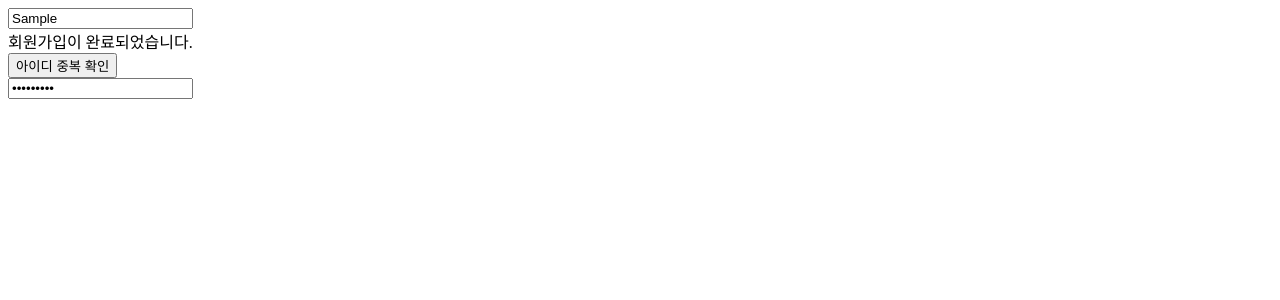
Repository: kimeuiyeob/KOPO_JSP_Study_2
Page: http://localhost/JspStudy/Ajax.jsp
These files come from the project's save history. The page is drawn as it stood at one moment and after the next save; the edit follows.
The browser window is 1280 px wide. The pictures show the whole page.
Empty fields were first filled with sample values (such as "Sample", 5 or name@example.com).
After loading, the first visible `#goAjax` was clicked once.
The page is served by Tomcat 9. Other server files are loaded and not shown. Queries for data that is not in the repository find no rows.

Above is the page before, as saved 2023-06-21 00:04:33.

### JspStudy/src/main/webapp/Ajax.jsp
<%@ page language="java" contentType="text/html; charset=UTF-8" pageEncoding="UTF-8"%>
<!DOCTYPE html>
<html>
<head>
<meta charset="UTF-8">
<title>Insert title here</title>
</head>

<script src="https://ajax.googleapis.com/ajax/libs/jquery/3.5.1/jquery.min.js"></script>

<script>
	$(function() {
		$("#goAjax").click(function() {

			var id = $("#id").val();
			var pw = $("#pw").val();

			let datas = {
				"id" : id,
				"pw" : pw
			};

			$.ajax({
				url : "getAjax.jsp",
				type : "post",
				data : datas,
				success : function(result) {
					console.log("AJAX 성공");
					$('#msg').html(result);
				},
				error : function(request, status, error) {
					console.log("AJAX 실패");
					console.log("코드 : " + request.status);
					console.log("메시지 : " + request.responseText);
					console.log("에러 : " + error);
				}
			});

		});
	});
</script>

<body>

	<form>
		<input type="text" name="id" id="id" placeholder="아이디를 입력해주세요">

		<div id="msg"></div>

		<button type="button" id="goAjax">아이디 중복 확인</button>

		<br>

		<input type="password" name="pw" id="pw" placeholder="비밀번호를 입력해주세요">
	</form>

</body>
</html>

### JspStudy/src/main/webapp/getAjax.jsp
<%@ page import="java.sql.PreparedStatement"%>
<%@ page import="java.sql.Statement"%>
<%@ page import="java.sql.ResultSet"%>
<%@ page language="java" contentType="text/html; charset=UTF-8" pageEncoding="UTF-8"%>
<%@ page import="common.*"%>
<%@ page import="java.util.*"%>

<!DOCTYPE html>
<html>
<head>
<meta charset="UTF-8">
<title>Insert title here</title>
</head>
<body>

	<%

	JDBConnecter jDBConnecter = new JDBConnecter(application);

	String sql2 = "select * from member";
	Statement stmt = jDBConnecter.con.createStatement();
	ResultSet rs = stmt.executeQuery(sql2);

	String id = request.getParameter("id");
	String pass = request.getParameter("pw");

	String result = "회원가입이 완료되었습니다.";

	while (rs.next()) {
		if (rs.getString(1).equals(id)) {
			result = "사용 불가능한 아이디 입니다!";
			break;
		}
	}

	if(result.equals("회원가입이 완료되었습니다.")) {

	String name = "KIM";
	String sql = "insert into member values (?,?,?,sysdate)";

	PreparedStatement psmt = jDBConnecter.con.prepareStatement(sql);
	psmt.setString(1, id);
	psmt.setString(2, pass);
	psmt.setString(3, name);

	int intResult = psmt.executeUpdate();
	}

	jDBConnecter.JDBConnecterClose();
	%>

	<%=result%>
	<br>




</body>
</html>

### JspStudy/src/main/java/common/JDBConnecter.java
package common;

import java.sql.Connection;
import java.sql.DriverManager;
import java.sql.PreparedStatement;
import java.sql.ResultSet;
import java.sql.SQLException;
import java.sql.Statement;

import javax.servlet.ServletContext;

public class JDBConnecter {

	public Connection con; // DB연결
	public Statement stmt; // 파라미터 X 쿼리문
	public PreparedStatement psmt; // 파라미터 O 쿼리문
	public ResultSet rs; // 쿼리문 결과 저장

	public JDBConnecter() {

		String driver = "oracle.jdbc.OracleDriver";
		String url = "jdbc:oracle:thin:@localhost:1521:xe";
		String userid = "kopo07";
		String passwd = "1234";

		try {
			Class.forName(driver);
			con = DriverManager.getConnection(url, userid, passwd);
			System.out.println("연결 성공!!");
		} catch (ClassNotFoundException e) {
			e.getStackTrace();
		} catch (SQLException e) {
			e.getStackTrace();
		} finally {
			try {
				if (rs != null)
					rs.close();
				if (stmt != null)
					stmt.close();
				if (psmt != null)
					psmt.close();
				if (con != null)
					con.close();
			} catch (SQLException e) {
				e.getStackTrace();
			}
		}
	}

	// ====================================================================

	public JDBConnecter(String driver, String url, String id, String pw) {
		try {
			Class.forName(driver);
			con = DriverManager.getConnection(url, id, pw);
			System.out.println("DB 연결 성공!!");
		} catch (Exception e) {
			e.printStackTrace();
		}
	}

	// ====================================================================

	public JDBConnecter(ServletContext application) {

		String driver = application.getInitParameter("OracleDriver");
		String url = application.getInitParameter("OracleURL");
		String id = application.getInitParameter("OracleId");
		String pw = application.getInitParameter("OraclePw");

		try {
			Class.forName(driver);
			con = DriverManager.getConnection(url, id, pw);
			System.out.println("DB 연결 성공!!");
		} catch (Exception e) {
			e.printStackTrace();
		}
	}

	// ====================================================================

	public void JDBConnecterClose() {
		try {
			if (rs != null)
				rs.close();
			if (stmt != null)
				stmt.close();
			if (psmt != null)
				psmt.close();
			if (con != null)
				con.close();
			System.out.println("DB 닫기 성공!!");
		} catch (Exception e) {
			e.printStackTrace();
		}
	}

}

After the next save:
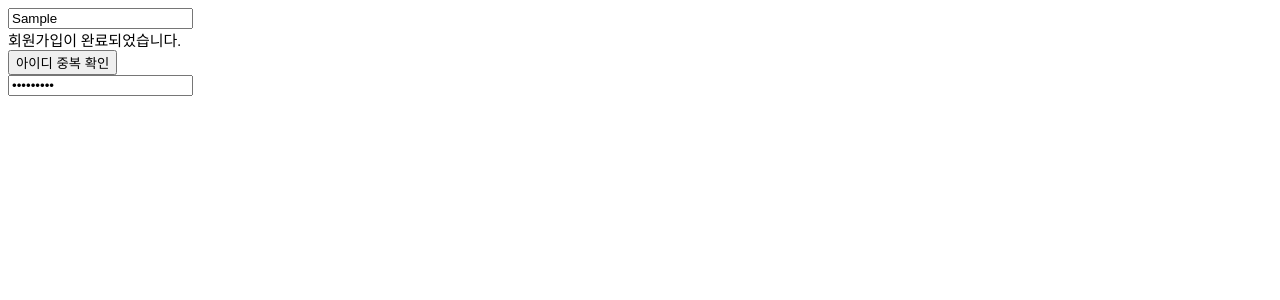
Saved 15 s later.
--- a/JspStudy/src/main/webapp/Ajax.jsp
+++ b/JspStudy/src/main/webapp/Ajax.jsp
@@ -27,6 +27,7 @@
 				success : function(result) {
 					console.log("AJAX 성공");
 					$('#msg').html(result);
+					$('#msg').css("font-size","15px");
 				},
 				error : function(request, status, error) {
 					console.log("AJAX 실패");
